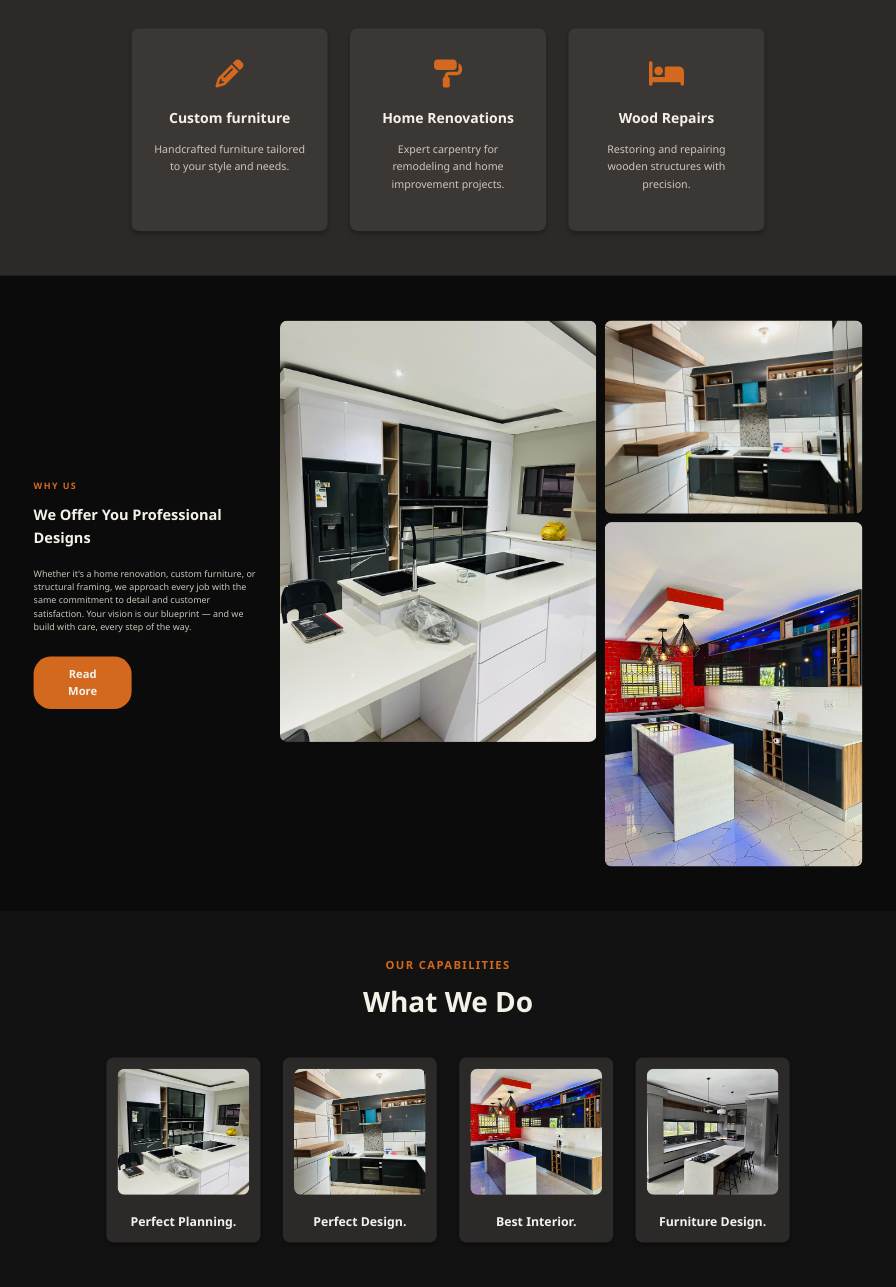
Repository: VallowEvido/Mark-SonsProjects
Page: home.html
These files come from the project's save history. The page is drawn as it stood at one moment and after a run of saves; the edit follows.
The browser window is 1280 px wide. The pictures show the part of the page from y = 677 to 2597 px (the page is 2516 px tall before and 2597 px after), at 70% of full size.

Above is the page before, as saved 2025-07-18 20:50:46.

After the next 4 saves:
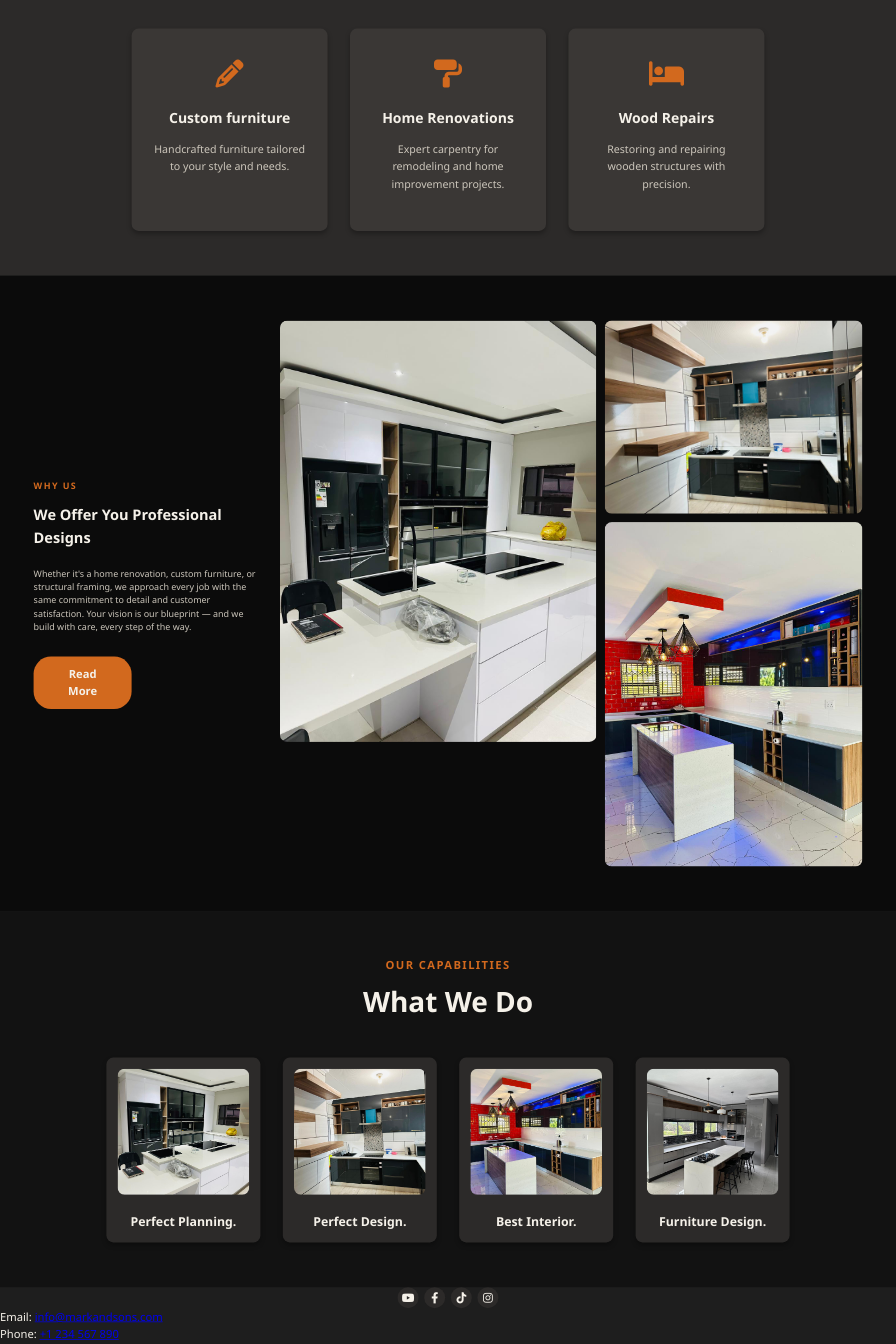
The 4 saves are shown as one change because they came seconds apart.
The last was saved 6 min 28 s later.
--- a/home.html
+++ b/home.html
@@ -87,5 +87,20 @@
       </div>
     </div>
   </section>
+
+  <footer class="site-footer">
+    <div class="footer-container">
+      <div class="social-icons">
+        <a href="#" aria-label="YouTube" class="youtube"><i class="fab fa-youtube"></i></a>
+        <a href="#" aria-label="Facebook" class="facebook"><i class="fab fa-facebook-f"></i></a>
+        <a href="#" aria-label="TikTok" class="tiktok"><i class="fab fa-tiktok"></i></a>
+        <a href="#" aria-label="Instagram" class="instagram"><i class="fab fa-instagram"></i></a>
+      </div>
+      <div class="contact-details">
+        <p>Email: <a href="mailto:info@markandsons.com">info@markandsons.com</a></p>
+        <p>Phone: <a href="tel:+1234567890">+1 234 567 890</a></p>
+      </div>
+    </div>
+  </footer>
 </body>
 </html>
